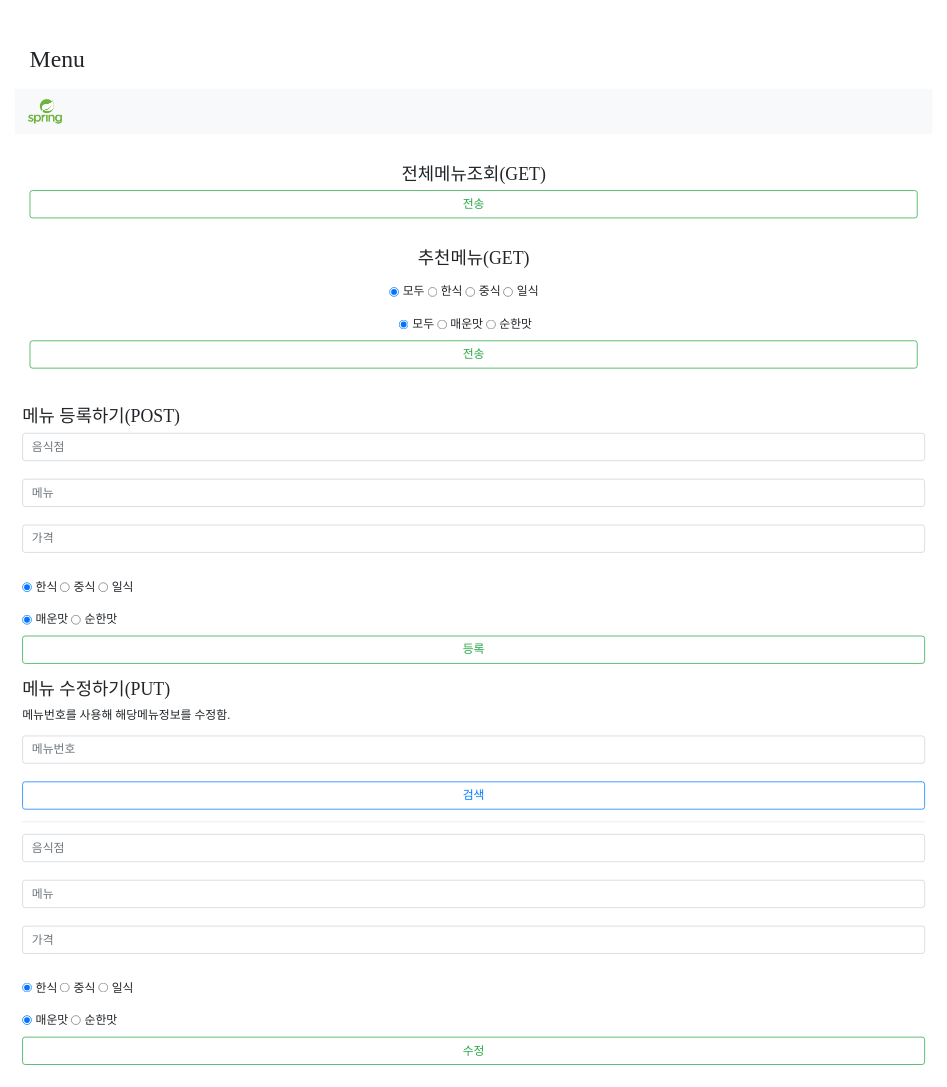
Repository: yeoneeeeeee/KH
Page: http://localhost/springboot/
The author's editor kept a copy of each file at every save. The page is drawn from the files as they stood at one save, then again after the next save.
The browser window is 1280 px wide. The pictures show the whole page, at 74% of full size.
The page is served by Tomcat 9.

Above is the page before, as saved 2023-08-18 05:22:47.

After the next save:
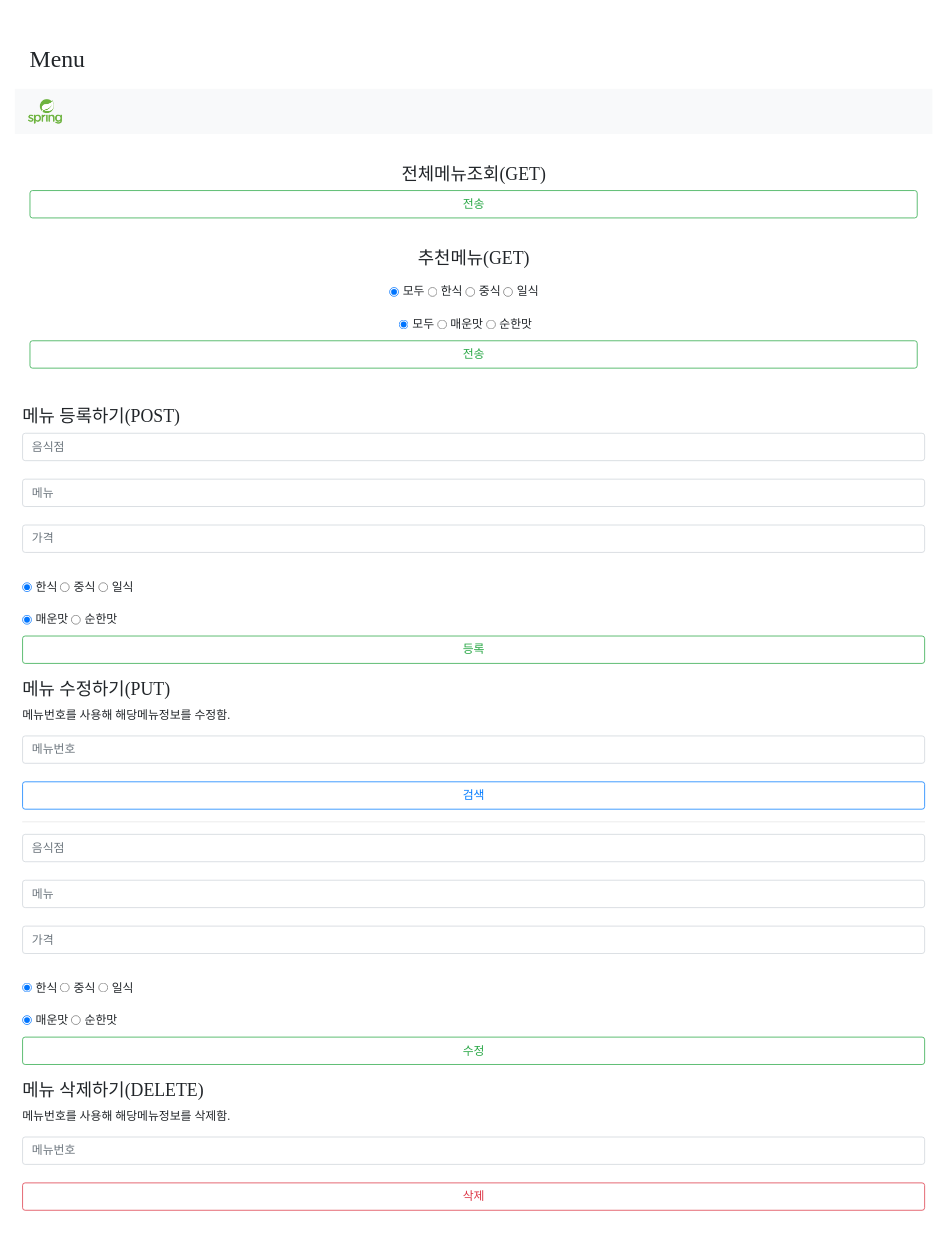
Saved 4 min 17 s later.
--- a/Spring-Workspace/springboot/src/main/webapp/index.jsp
+++ b/Spring-Workspace/springboot/src/main/webapp/index.jsp
@@ -321,6 +321,15 @@
 
 
 			</script>
+			<div class="menu-test">
+		    	<h4>메뉴 삭제하기(DELETE)</h4>
+		    	<p>메뉴번호를 사용해 해당메뉴정보를 삭제함.</p>
+		    	<form id="menuDeleteFrm">
+		    		<input type="text" name="id" placeholder="메뉴번호" class="form-control" /><br />
+		    		<input type="submit" class="btn btn-block btn-outline-danger btn-send" value="삭제" >
+		    	</form>
+		    </div>
+
 
 
 	</section>
